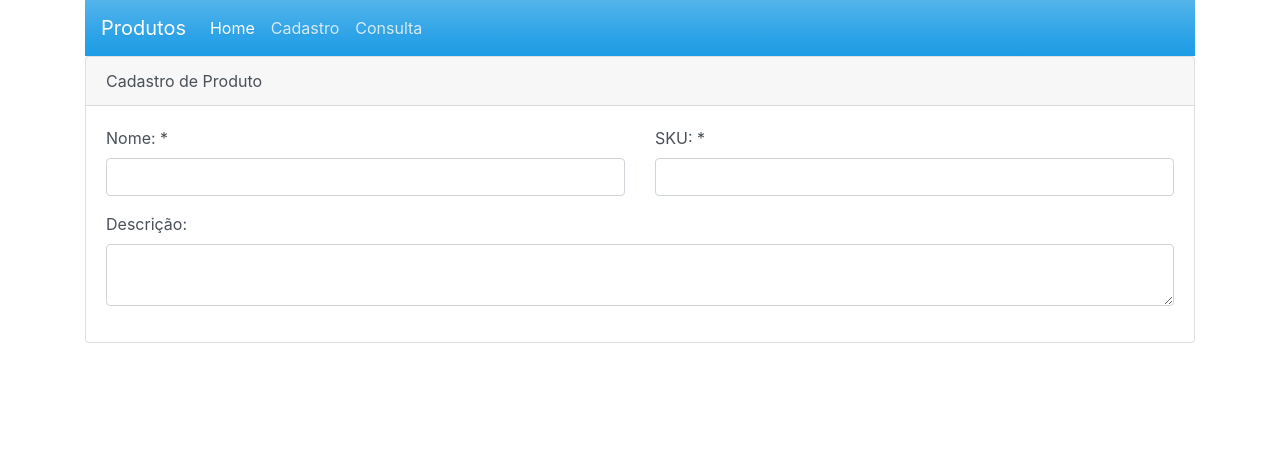
Repository: charles014/curso-react-2020
Page: /#/cadastro-produtos (app in cadastro-produtos/)
An editor plug-in stored every save of this project. The page is shown before and after the next save, followed by the edit.
The browser window is 1280 px wide. The pictures show the whole page.
Some web libraries are served in a nearby version. The project was rebuilt for these pictures with package versions that can differ from the ones it lists, and the page was loaded fresh each time. Also part of the build but not shown: cadastro-produtos/src/index.css, cadastro-produtos/src/pages/home.js.

Above is the page before, as saved 2020-09-17 17:28:58.

### cadastro-produtos/src/index.js
import React from 'react';
import ReactDOM from 'react-dom';

import 'bootswatch/dist/cerulean/bootstrap.min.css';
import './index.css';
import App from './App';


ReactDOM.render(
  <React.StrictMode>
    <App />
  </React.StrictMode>,
  document.getElementById('root')
);

### cadastro-produtos/src/App.js
import React from 'react';
import Navbar from './components/navbar'
import Rotas from './rotas'

function App() {
  return (
    <>
      <div className='container'>
        <Navbar />
        <Rotas />
      </div>
    </>
  );
}

export default App;

### cadastro-produtos/src/components/navbar.js
import React from "react"


function Navbar() {

    return (
        <nav className="navbar navbar-expand-lg navbar-dark bg-primary">
            <a className="navbar-brand" href="#">Produtos</a>
            <button className="navbar-toggler"
                    type="button"
                    data-toggle="collapse"
                    data-target="#navbarColor01"
                    aria-controls="navbarColor01"
                    aria-expanded="false"
                    aria-label="Toggle navigation">
                <span className="navbar-toggler-icon"></span>
            </button>

            <div className="collapse navbar-collapse" id="navbarColor01">
                <ul className="navbar-nav mr-auto">
                    <li className="nav-item active">
                        <a className="nav-link" href="#">Home <span className="sr-only">(current)</span></a>
                    </li>
                    <li className="nav-item">
                        <a className="nav-link" href="#">Cadastro</a>
                    </li>
                    <li className="nav-item">
                        <a className="nav-link" href="#">Consulta</a>
                    </li>
                </ul>
            </div>
        </nav>

    )

}

export default Navbar

### cadastro-produtos/src/rotas.js
import React from 'react'
import { HashRouter, Switch, Route } from 'react-router-dom'

import Home from './pages/home'
import CadastroProduto from './pages/produtos/cadastro'

function Rotas(){
    return (

        <HashRouter>
            <Switch>
                <Route exact path="/" component={Home} />
                <Route exact path="/cadastro-produtos" component={CadastroProduto} />
            </Switch>
        </HashRouter>
    )
}

export default Rotas;

### cadastro-produtos/src/pages/produtos/cadastro.js
import React from 'react'

class CadastroProduto extends React.Component {

     render() {
          return (
               <div className="card">
                    <div className="card-header">
                         Cadastro de Produto
                    </div>
                    <div className="card-body">
                         <div className="row">
                              <div className="col-md-6">
                                   <div className="form-group">
                                        <label>Nome: * </label>
                                        <input type="text" className="form-control" />
                                   </div>
                              </div>
                              <div className="col-md-6">
                                   <div className="form-group">
                                        <label>SKU: * </label>
                                        <input type="text" className="form-control" />
                                   </div>
                              </div>
                         </div>
                         <div className="row">
                              <div className="col-md-12">
                                   <div className="form-group">
                                        <label>Descrição:</label>
                                        <textarea className="form-control" />

                                   </div>

                              </div>

                         </div>


                    </div>
               </div>



          )

     }


}

export default CadastroProduto

Loaded but not shown: cadastro-produtos/public/index.html (common file)

After the next save:
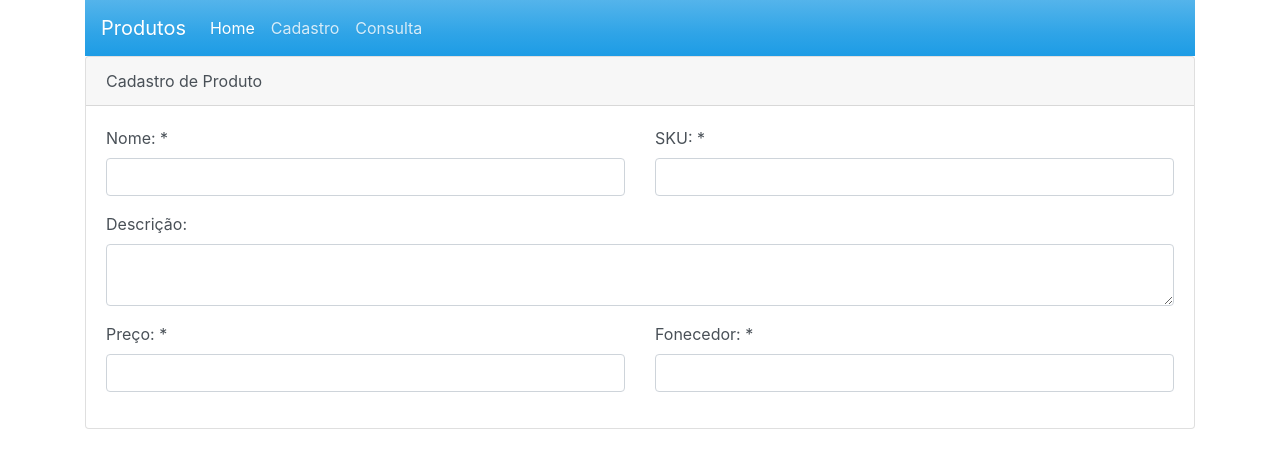
Saved 77 s later.
--- a/cadastro-produtos/src/pages/produtos/cadastro.js
+++ b/cadastro-produtos/src/pages/produtos/cadastro.js
@@ -30,10 +30,22 @@ class CadastroProduto extends React.Component {
                                         <textarea className="form-control" />
 
                                    </div>
-
                               </div>
-
                          </div>
+                         <div className="row">
+                              <div className="col-md-6">
+                                   <div className="form-group">
+                                        <label>Preço: * </label>
+                                        <input type="text" className="form-control" />
+                                   </div>
+                              </div>
+                              <div className="col-md-6">
+                                   <div className="form-group">
+                                        <label>Fonecedor: * </label>
+                                        <input type="text" className="form-control" />
+                                   </div>
+                              </div>
+                          </div>
 
 
                     </div>
